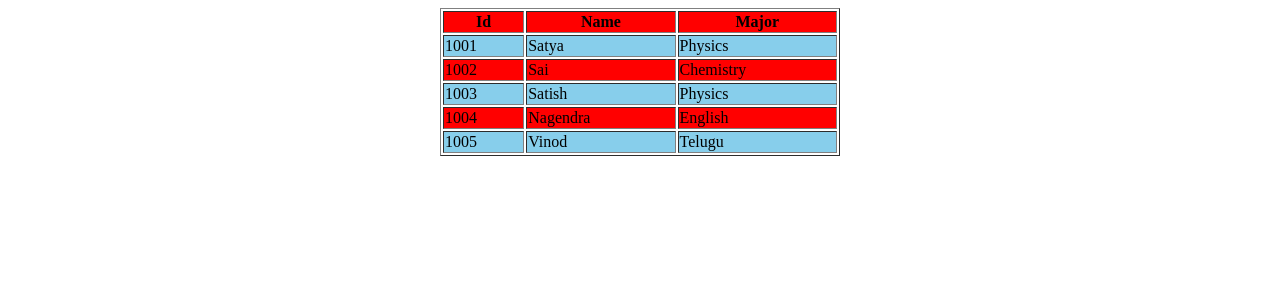
Repository: 1919satya/Mode2
Page: sample/sample/WebContent/table.html
The author's editor kept a copy of each file at every save. The page is drawn from the files as they stood at one save, then again after the next save.
The browser window is 1280 px wide. The pictures show the whole page.

Above is the page before, as saved 2019-10-10 12:59:08.

### sample/sample/WebContent/table.html
<!DOCTYPE html>
<html>
<head>
<style >
tr:nth-child(even) {
background: skyblue
}
tr:nth-child(odd) {
background: red
}
</style>
<meta charset="ISO-8859-1">
<title>Insert title here</title>
</head>
<body>
<form action="">
 <table border="1" align="center" width="400" >

 <tr bgcolor="green">

    <th>Id</th>
    <th>Name</th>
    <th>Major</th>
 </tr>
 <tr >

    <td>1001</td>
    <td>Satya</td>
    <td>Physics</td>
 </tr>
   <tr>

    <td>1002</td>
    <td>Sai</td>
    <td>Chemistry</td>
 </tr>
 <tr >

    <td>1003</td>
    <td>Satish</td>
    <td>Physics</td>
 </tr>
 <tr>

    <td>1004</td>
    <td>Nagendra</td>
    <td>English</td>
 </tr>
 <tr >

    <td>1005</td>
    <td>Vinod</td>
    <td>Telugu</td>
 </tr>

 </table>
</form>
</body>
</html>

After the next save:
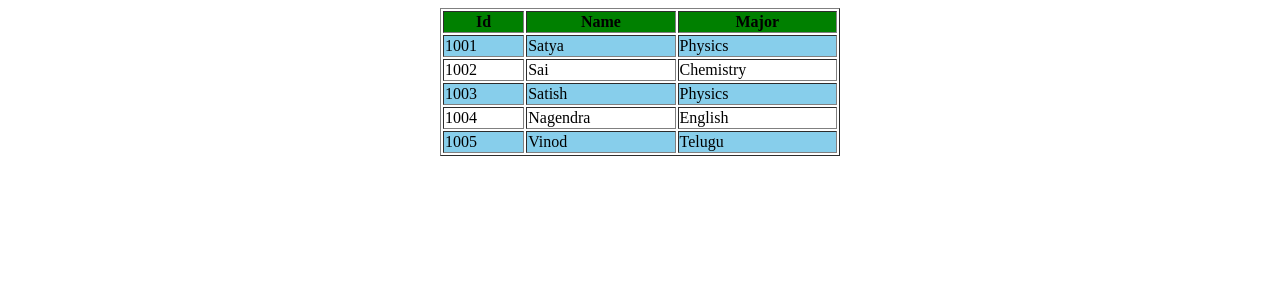
Saved 41 s later.
--- a/sample/sample/WebContent/table.html
+++ b/sample/sample/WebContent/table.html
@@ -5,9 +5,7 @@
 tr:nth-child(even) {
 background: skyblue
 }
-tr:nth-child(odd) {
-background: red
-}
+
 </style>
 <meta charset="ISO-8859-1">
 <title>Insert title here</title>
